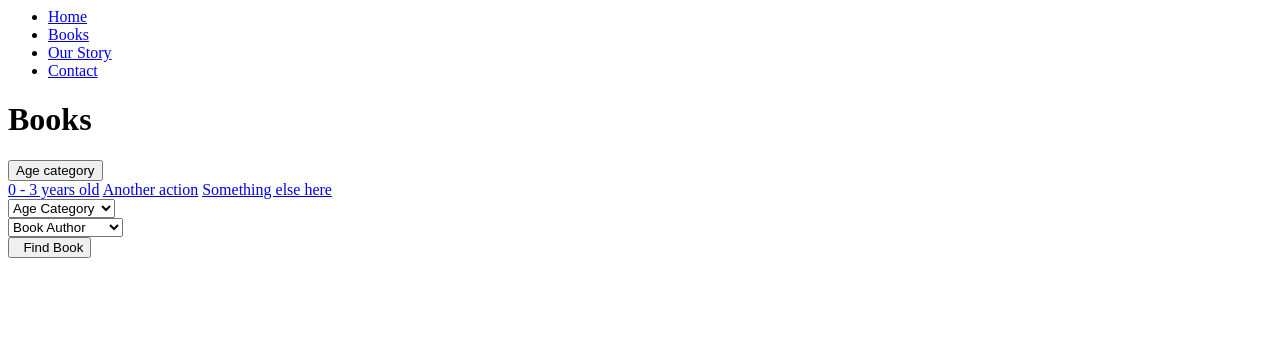
Repository: taikatta/Konyvkucko
Page: megkellhet.html
The author's editor kept a record of every edit. The page is drawn from the files as they stood at one moment, then again after the next edit.
The browser window is 1280 px wide. The pictures show the whole page.

Above is the page before.

### megkellhet.html
 <header>
     <!-- <a href="index.html" style="text-decoration: none" class="col-md-4 brand d-block d-md-none">K.</a>
            <a href="index.html" style="text-decoration: none" class="col-md-4 brand d-none d-md-block">Konyvkucko.</a> -->
        <div class="row no-gutters">
            <a class="col-md-4 logo" href="index.html"></a>
            <div class="col-md-8">
                <div class="row no-gutters">
                    <div class="col">
                        <ul id="nav" class="list-inline menucontainer">
                            <li class="col-6 col-sm-3 list-inline-item menuitem">
                                <a href="index.html"><span>Home</span></a>
                            </li>
                            <li class="col-6 col-sm-3 list-inline-item menuitem">
                                <a href="books.html"><span>Books</span></a>
                            </li>
                            <li class="col-6 col-sm-3 list-inline-item menuitem">
                                <a href="ourstory.html"><span>Our Story</span></a>
                            </li>
                            <li class="col-6 col-sm-3 list-inline-item menuitem">
                                <a href="contact.html"><span>Contact</span></a>
                            </li>
                        </ul>

                    </div>

                </div>
            </div>
        </div>
    </header>





        <div class="page-title">
            <h1> Books </h1>
        </div>



        <div class="book-search">
            <div class="container">
                <form class method="get" action="books.html/">
                    <div class="row">
                        <div class="col-sm-6 col-md-3 form-group">

                            <!-- <input name="s" value type="text" class="form-control" id="keyboard" placeholder="Book Title"> -->
                            <div class="dropdown">
                                <button class="btn btn-secondary dropdown-toggle" type="button" id="dropdownMenuButton" data-toggle="dropdown" aria-haspopup="true" aria-expanded="false">
    Age category
  </button>
                                <div class="dropdown-menu" aria-labelledby="dropdownMenuButton">
                                    <a class="dropdown-item" href="#">0 - 3 years old</a>
                                    <a class="dropdown-item" href="#">Another action</a>
                                    <a class="dropdown-item" href="#">Something else here</a>
                                </div>
                            </div>

                        </div>
                        <div class="col-sm-6 col-md-3 form-group">

                            <select name="product_cat" id="product_cat" class="form-control">
                                        <option value="0">Age Category</option>
                                        <option class="level-0" value="0-3">0 - 3 years old</option>
                                        <option class="level-1" value="2-5">2 - 5 years old</option>
                                    </select>

                        </div>
                        <div class="col-sm-6 col-md-3 form-group">

                            <select name="book_author" id="book-author" class="form-control">
                                        <option value="0">Book Author</option>
                                        <option class="level-0" value="BergJ">Berg Judit</option>
                                        <option class="level-1" value="AgocsI">Agocs Irisz</option>
                                        <option class="level-2" value="MarekV">Marek Veronika</option>
                                        <option class="level-3" value="VarroD">Varro Daniel</option>
                                    </select>

                        </div>


                        <div class="col-sm-6 col-md-3 form-group">

                            <input type="hidden" name="post_type" value="product">
                            <button type="submit" class="btn btn-primary btn-block">
                                        <i class="fa fa-search"></i>
                                        &nbsp;
                                        Find Book

                                    </button>
                        </div>


                    </div>
                </form>
            </div>

        </div>

After the next edit:
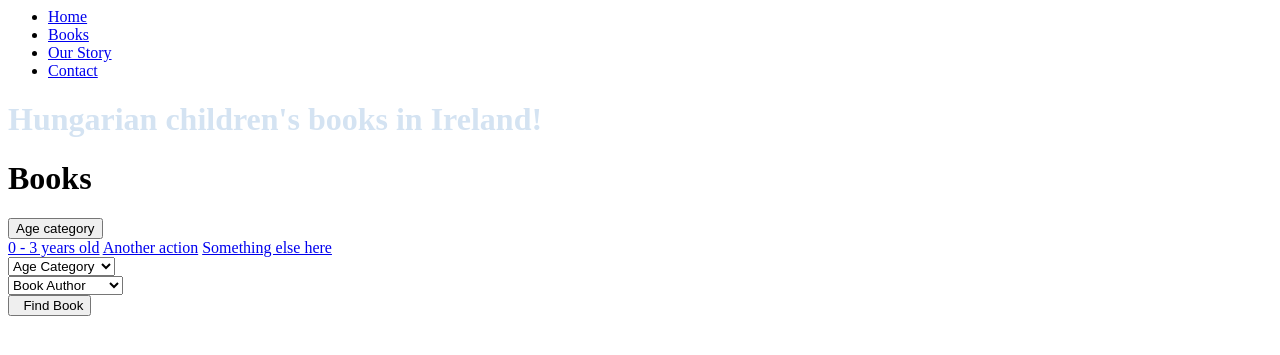
The edit:
--- a/megkellhet.html
+++ b/megkellhet.html
@@ -28,7 +28,9 @@
         </div>
     </header>
 
-
+ <div class="home-background firstphoto">
+            <h1 class="introduction"><a href="books.html" style="text-decoration: none; color: #d4e3f2">Hungarian children's books in Ireland!</a></h1>
+        </div>
 
 
 
